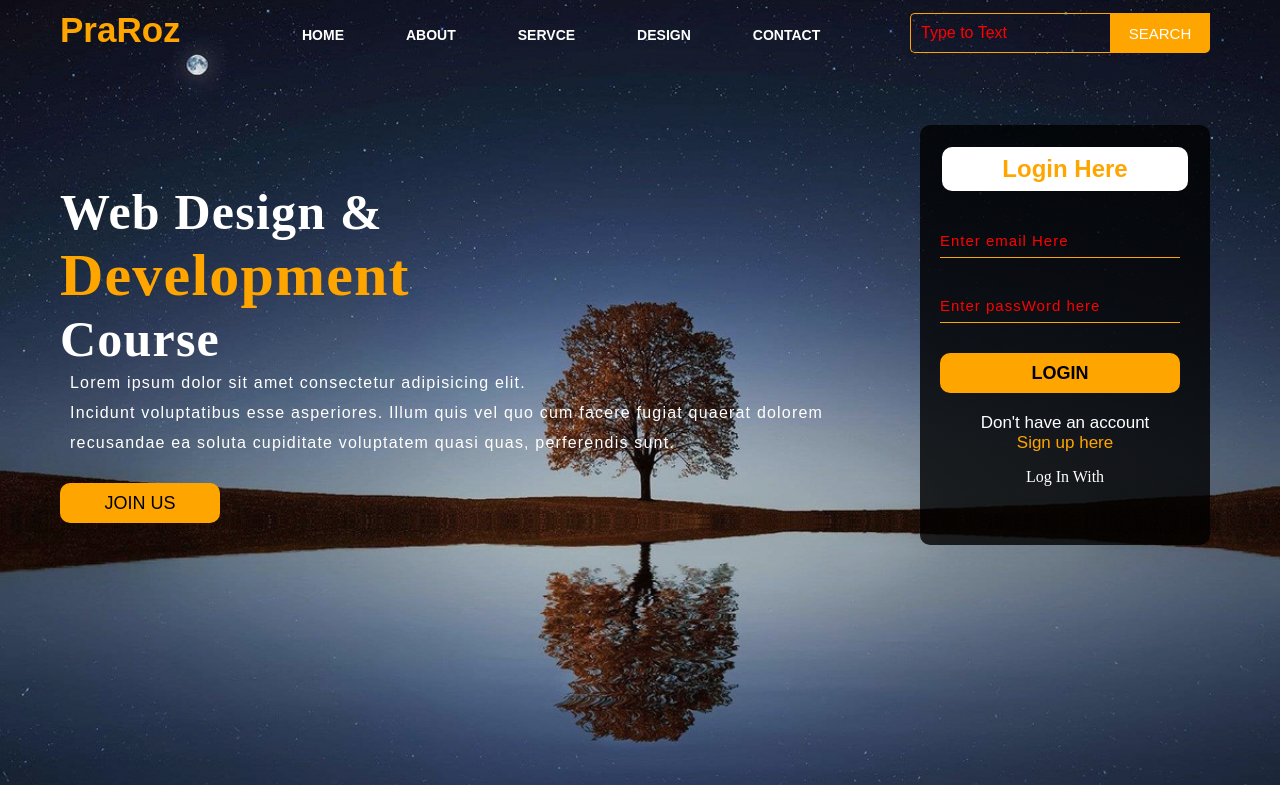
Repository: HuynhDuc23/project3
Page: index.html
The author's editor kept a copy of each file at every save. The page is drawn from the files as they stood at one save, then again after the next save.
The browser window is 1280 px wide. The pictures show the whole page.

Above is the page before, as saved 2023-05-04 16:06:53.

### index.html
<html lang="en">
<head>
    <meta charset="UTF-8">
    <meta http-equiv="X-UA-Compatible" content="IE=edge">
    <meta name="viewport" content="width=device-width, initial-scale=1.0">
    <link rel="stylesheet" href="https://cdnjs.cloudflare.com/ajax/libs/font-awesome/6.4.0/css/all.min.css" integrity="sha512-iecdLmaskl7CVkqkXNQ/ZH/XLlvWZOJyj7Yy7tcenmpD1ypASozpmT/E0iPtmFIB46ZmdtAc9eNBvH0H/ZpiBw==" crossorigin="anonymous" referrerpolicy="no-referrer" />
    <link rel="stylesheet" href="style.css">
    <title>Document</title>
</head>
<body>
    <div class="main">
        <div class="navbar">
            <div class="icon">
                <h2 class="logo">PraRoz</h2>
            </div>
            <div class="menu">
                <ul>
                    <li><a href="#">HOME</a> </li>
                    <li><a href="#">ABOUT</a></li>
                    <li><a href="#">SERVCE</a></li>
                    <li><a href="#">DESIGN</a></li>
                    <li><a href="#">CONTACT</a></li>
                </ul>
            </div>
            <div class="search">
                <input type="search" class="srch" placeholder="Type to Text">
                <a href="#"><button class="btn">Search</button></a>
            </div>
        </div>
        <div class="content">
            <h1>Web Design & <br> <span>Development</span><br>Course</h1>
            <p class="para">Lorem ipsum dolor sit amet consectetur adipisicing elit. <br> Incidunt voluptatibus esse asperiores. Illum quis vel quo cum facere fugiat quaerat dolorem <br> recusandae ea soluta cupiditate voluptatem quasi quas, perferendis sunt.</p>


            <button class="cn" ><a  href="#">JOIN US</a></button>
            <div class="form">
                <h2>Login Here</h2>
                <input type="email" name="email" placeholder="Enter email Here">
                <input type="password" name="password" placeholder="Enter passWord here">
                <button class="btnn"><a href="#">Login</a></button>

                <p class="link">Don't have an account  <br>
                <a href="#">Sign up here</a>
                </p>
                <p class="liw">Log In With</p>
            </div>
        </div>
    </div>
</body>
</html>

### style.css
* {
    margin: 0;
    padding: 0;
}
.main {
    width: 100%;
    background-image: linear-gradient(to right bottom , rgba(176, 55, 55, 0),rgba(0, 0, 0, 0.286)),url("img/Project3.png");
    background-position: center;
    background-size: cover;
    background-repeat: no-repeat;
    height: 109vh;
}
.navbar
{
    width: 1200px;
    height: 75px;
    margin: auto;
    /* overflow: hidden; */
}
.icon {
    width: 200px;
    float: left;
    height: 70px;

}
.logo {
    color: orange;
    font-size: 35px;
    font-family: Arial, Helvetica, sans-serif;
    padding-left: 20px;
    float: left;
    padding-top: 10px;
}
.menu {
    width: 400px;
    height: 70px;
    float: left;
}
ul {
    float: left;
    display: flex;
    justify-content: center;
    align-items: center;
}
ul li {
    list-style: none;
     margin-left: 62px;
     margin-top: 27px;
     font-size: 14px;
}
ul li a {
    text-decoration: none;
    color: white;
    text-transform: uppercase;
    font-family: Arial, Helvetica, sans-serif;
    transition: 0.5s ease-in-out;
    font-weight: bold;

}
ul li a:hover {
    color: orange;
}
.search {
    width: 330px;
    margin-left: 270px;
    float: left;
}
.srch {
    font-family: 'Times New Roman', Times, serif;
    width: 200px;
    height: 40px;
    background: transparent;
    border: 1px solid orange;
    margin-top: 13px;
    color: white;
    border-right: none;
    font-size: 16px;
    padding: 10px;
    float: left;
    border-bottom-left-radius: 5px;
    border-top-left-radius: 5px;
}
.btn {
    width: 100px;
    height: 40px;
    margin-top: 13px;
    color: white;
    background-color: orange;
    text-transform: uppercase;
    border: 2px solid orange;
    /* border-radius: 5px; */
    border-bottom-right-radius: 5px;

    font-size: 15px;
    float: left;
    cursor: pointer;

}
.btn:focus {
    outline: none;
}
.srch:focus {
    outline: none;
}
.content {
    width: 1200px;
    height: auto;
    margin: auto;
    color: white;
    position: relative;
}
.content .para {
    padding-left: 30px;
    padding-bottom: 25px;
    font-family: Arial, Helvetica, sans-serif;
    letter-spacing: 1.2px;
    line-height: 30px;
}
.content h1 {
    font-size: 50px;
    font-family: 'Times New Roman', Times, serif;
    padding-left: 20px;
    padding-top: 9%;
    letter-spacing: 1.2px;

}
.content .cn {

    width: 160px;
    height: 40px;
    background-color: orange;
    border: none;
    margin-bottom: 10px;
    margin-left: 20px;
    font-size: 18px;
    border-radius: 10px;
    transition: 0.5s ease;
    cursor: pointer;

}
.content a {
    text-decoration: none;
    color: black;
    transition: 0.4s ease;
}
.cn:hover {
    background-color: white;
}
.content span {
    color: orange;
    font-size: 60px;
    font-weight: bold;
}
.form {
    width: 250px;
    height: 380px;
    background: linear-gradient(to top , rgba(0,0,0,0.8)50% ,rgba(0,0,0,0.8)50% );
    position: absolute;
    top: 50px ;
    left: 880px;
    border-radius: 10px;
    padding: 20px;

}
.form h2 {
    padding: 8px;
    font-family: sans-serif;
    text-align: center;
    color: orange;
    background-color: white;
    border-radius: 10px;
    margin: 2px;

}
.form input {
    width: 240px;
    height: 35px;
    background: transparent;
    border-bottom: 1px solid orange;
    border-right: none;
    border-top: none;
    border-left: none;
    color: white;
    font-size: 15px;
    letter-spacing: 1px;
    margin-top: 30px;
    font-family: sans-serif;
}
.form input:focus {
    outline: none;
}
::placeholder {
    color: red;
    font-family: Arial, Helvetica, sans-serif;
}
.form .btnn {
    width: 240px;
    height: 40px;
    color: white;
    font-size: 18px;
    border: none;
    background-color: orange;
    margin-top: 30px;
    border-radius: 10px;
    cursor: pointer;
    transition: 0.5 ease-in-out;
}
.form .btnn:hover {
   background-color: white;
   color: orange;
}
.form .btnn a {
    color: bold;
    text-decoration: none;
    font-size: 18px;
    font-weight: bold;
    text-transform: uppercase;
}
.form .link {
    font-family: sans-serif;
    padding-top: 20px;
    text-align: center;
    font-size: 17px;
}
.form .link a {
    text-decoration: none;
    color: orange;
}
.liw {
    padding-top: 15px;
    text-align: center;
    color: whiet
}

After the next save:
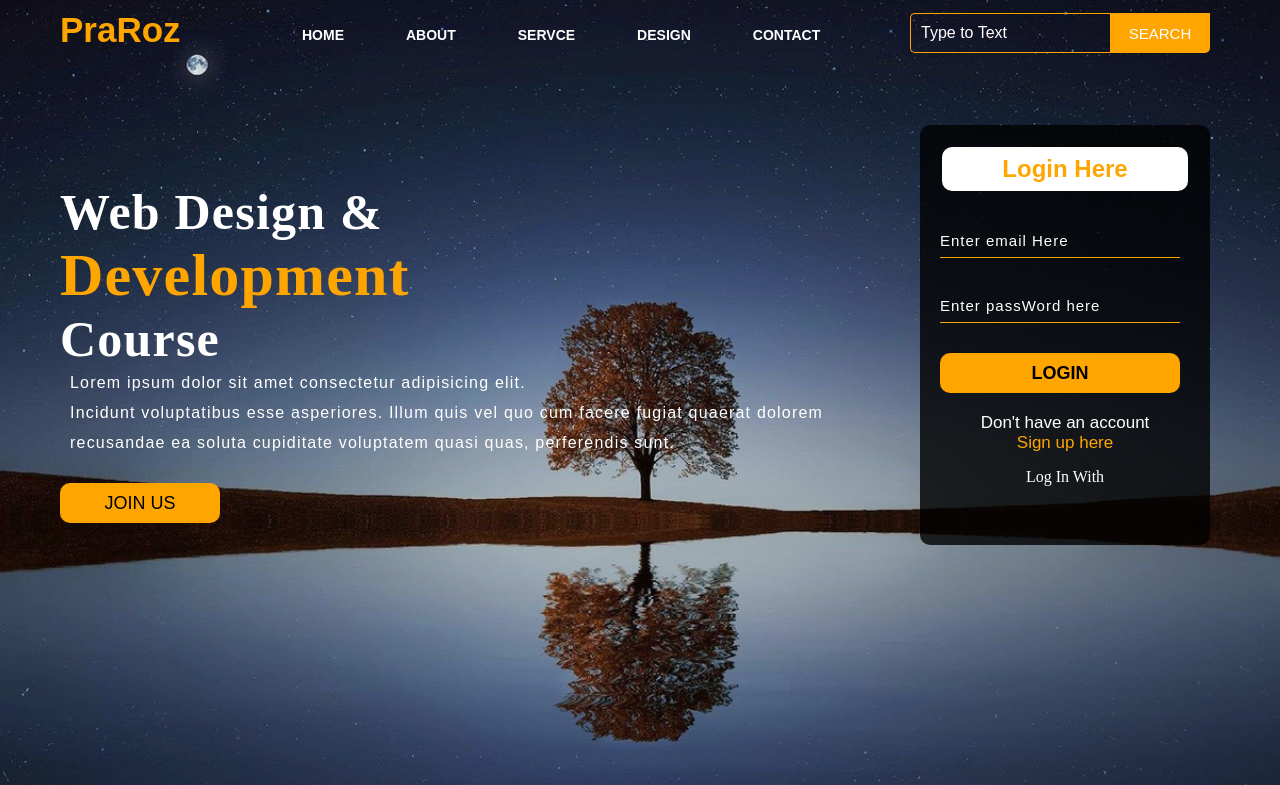
Saved 21 s later.
--- a/style.css
+++ b/style.css
@@ -190,7 +190,7 @@ ul li a:hover {
     outline: none;
 }
 ::placeholder {
-    color: red;
+    color: white;
     font-family: Arial, Helvetica, sans-serif;
 }
 .form .btnn {
